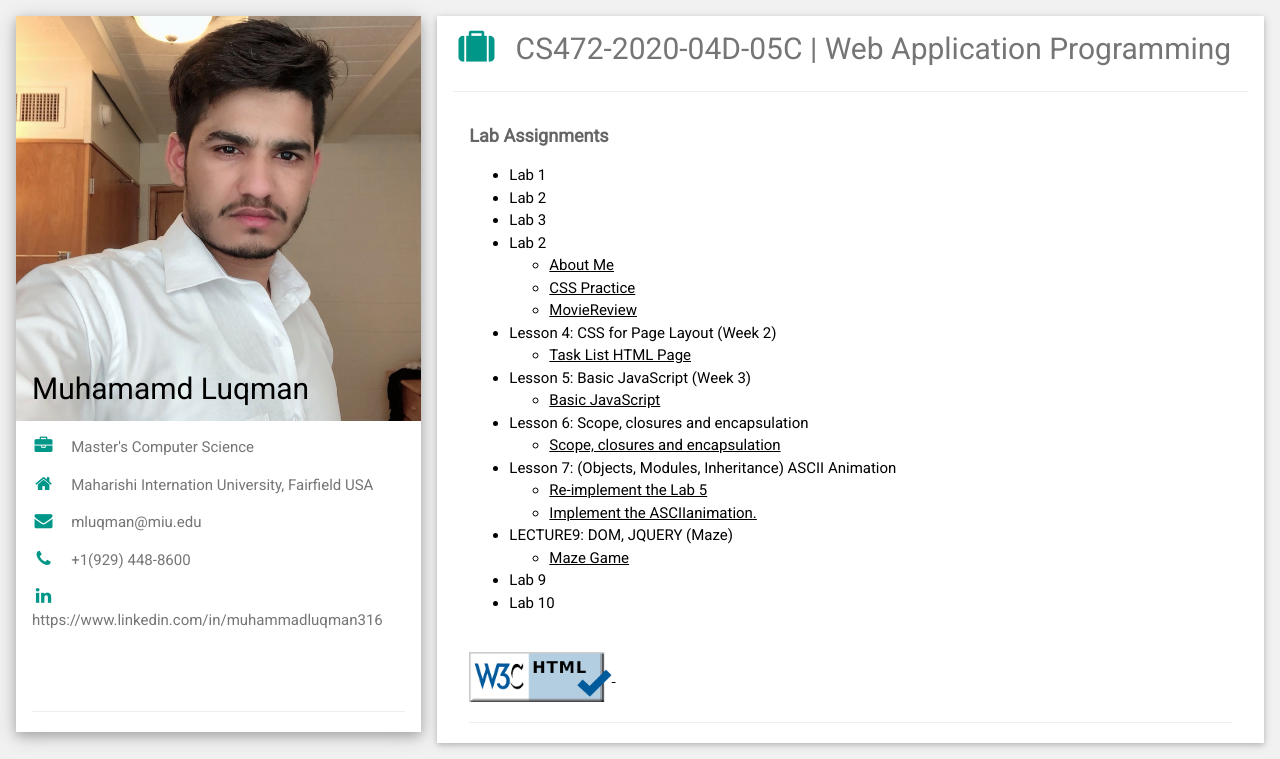
Repository: luqmang316/luqmang316.github.io
Page: index.html
These files come from the project's save history. The page is drawn as it stood at one moment and after the next save; the edit follows.
The browser window is 1280 px wide. The pictures show the whole page.

Above is the page before, as saved 2021-07-04 13:57:53.

### index.html
<!DOCTYPE html>
<html lang="en">
<title>Home</title>
<meta charset="UTF-8">
<meta name="viewport" content="width=device-width, initial-scale=1">
<link rel="stylesheet" href="https://www.w3schools.com/w3css/4/w3.css">
<link rel='stylesheet' href='https://fonts.googleapis.com/css?family=Roboto'>
<link rel="stylesheet" href="https://cdnjs.cloudflare.com/ajax/libs/font-awesome/4.7.0/css/font-awesome.min.css">
<style>
    html,
    body,
    h1,
    h2,
    h3,
    h4,
    h5,
    h6 {
        font-family: "Roboto", sans-serif
    }
</style>

<body class="w3-light-grey">

    <!-- Page Container -->
    <div class="w3-content w3-margin-top" style="max-width:1400px;">

        <!-- The Grid -->
        <div class="w3-row-padding">

            <!-- Left Column -->
            <div class="w3-third">

                <div class="w3-white w3-text-grey w3-card-4">
                    <div class="w3-display-container">
                        <img src="./images/luqman.jpg" style="width:100%" alt="Avatar">
                        <div class="w3-display-bottomleft w3-container w3-text-black">
                            <h2>Muhamamd Luqman</h2>
                        </div>

                    </div>
                    <div class="w3-container">
                        <p><i class="fa fa-briefcase fa-fw w3-margin-right w3-large w3-text-teal"></i>Master's Computer Science</p>
                        <p><i class="fa fa-home fa-fw w3-margin-right w3-large w3-text-teal"></i>Maharishi Internation University, Fairfield USA</p>
                        <p><i class="fa fa-envelope fa-fw w3-margin-right w3-large w3-text-teal"></i>mluqman@miu.edu</p>
                        <p><i class="fa fa-phone fa-fw w3-margin-right w3-large w3-text-teal"></i>+1(929) 448-8600</p>
                        <p><i class="fa fa-linkedin fa-fw w3-margin-right w3-large w3-text-teal"></i>https://www.linkedin.com/in/muhammadluqman316</p>
                        <br>
                        <br>
                        <hr>
                    </div>
                </div>

                <!-- End Left Column -->
            </div>

            <!-- Right Column -->
            <div class="w3-twothird">

                <div class="w3-container w3-card w3-white w3-margin-bottom">
                    <h2 class="w3-text-grey w3-padding-12"><i class="fa fa-suitcase fa-fw w3-margin-right w3-xxlarge w3-text-teal"></i>CS472-2020-04D-05C | Web Application Programming</h2>
                    <hr>

                    <div class="w3-container">
                        <h5 class="w3-opacity"><b>Lab Assignments</b></h5>

                        <ul class="menu">
                            <li> Lab 1 </li>
                            <li> Lab 2 </li>
                            <li> Lab 3 </li>
                            <li> Lab 2

                                <ul class="inside">
                                    <li> <a href="aboutme.html">About Me</a></li>
                                    <li> <a href="CSSPractice/index.html">CSS Practice</a></li>
                                    <li> <a href="MovieReview/tmnt.html">MovieReview </a></li>
                                </ul>

                            </li>
                            <li>Lesson 4: CSS for Page Layout (Week 2)

                                <ul class="inside">
                                    <li> <a href="Tasklist/tasklist.html">Task List HTML Page</a></li>
                                </ul>

                            </li>
                            <li>Lesson 5: Basic JavaScript (Week 3)
                                <ul class="inside">
                                    <li> <a href="BasicJavaScript/BasicJavaScript.html">Basic JavaScript</a></li>
                                </ul>
                            </li>

                            <li>Lesson 6: Scope, closures and encapsulation
                                <ul class="inside">
                                    <li> <a href="ScopeClosuresEncapsulation/ScopeClosuresEncapsulation.html">Scope, closures and encapsulation</a></li>
                                </ul>

                            </li>

                            <li>Lesson 7: (Objects, Modules, Inheritance) ASCII Animation
                                <ul class="inside">
                                    <li> <a href="ReImplementLab5/ReImplementLab5.html">Re-implement the Lab 5</a></li>
                                    <li> <a href="ASCIImation_files/ASCIImation.html">Implement the ASCIIanimation.</a></li>
                                </ul>

                            </li>

                            <li>LECTURE9: DOM, JQUERY (Maze)
                                <ul class="inside">
                                    <li> <a href="MazeGame/Maze.html">Maze Game</a></li>
                                </ul>

                            </li>

                            <li>Lab 9</li>
                            <li>Lab 10</li>
                        </ul>
                        <br>

                        <i class="w3-hover-opacity">
            <a href="https://validator.w3.org/check/referer">
              <img src="./images/w3chtmlvalidlogo.png" alt="W3C HTML Validator" height="50">
            </a>
            </i>
                        <i> &nbsp; &nbsp; &nbsp; &nbsp; &nbsp; &nbsp; &nbsp; &nbsp; &nbsp; &nbsp;   &nbsp; &nbsp; &nbsp; &nbsp; &nbsp; &nbsp; &nbsp; &nbsp; &nbsp; &nbsp; </i>
                        <i class="w3-hover-opacity">
            <!-- <a href="https://jigsaw.w3.org/css-validator/check/referer">
              <img src="./images/w3ccssvalidlogo.png" alt="W3C HTML Validator" height="50">
            </a>
           </i> -->

                        <br>
                        <hr>
                    </div>


                </div>


                <!-- End Right Column -->
            </div>

            <!-- End Grid -->
        </div>

        <!-- End Page Container -->
    </div>





</body>

</html>

After the next save:
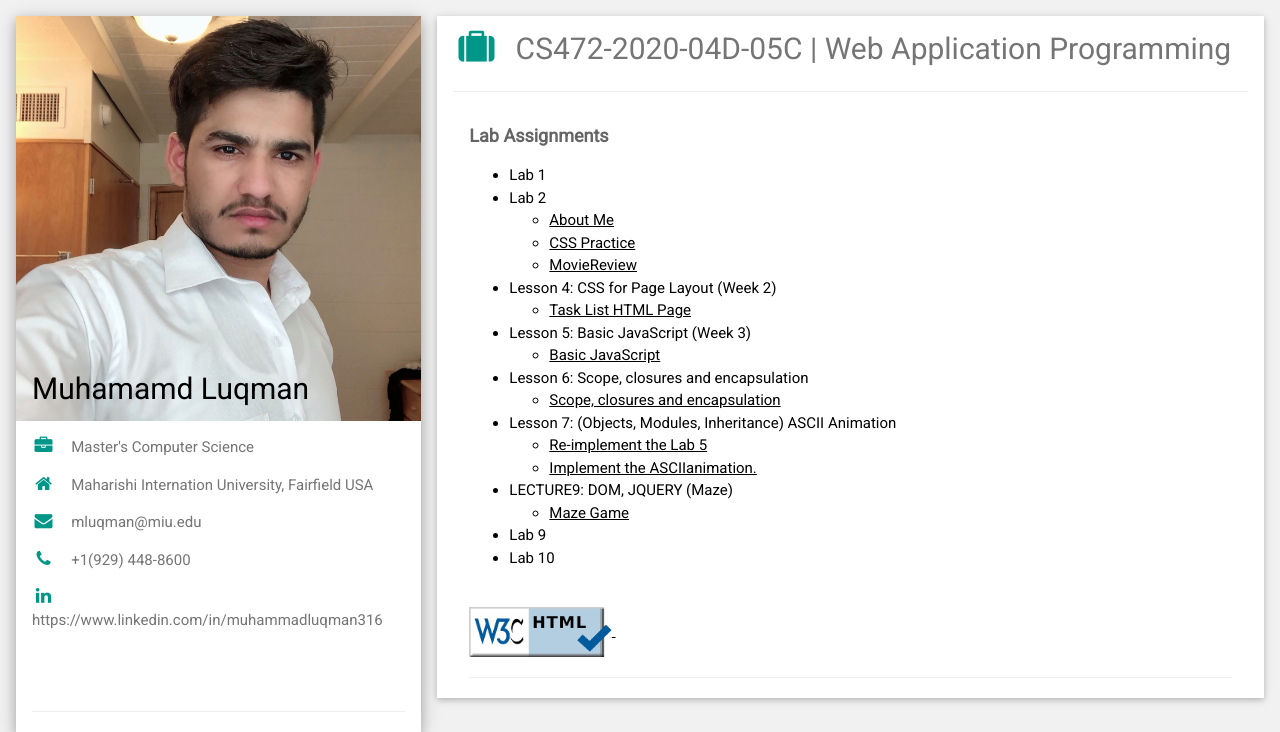
Saved 20 s later.
--- a/index.html
+++ b/index.html
@@ -65,10 +65,7 @@
 
                         <ul class="menu">
                             <li> Lab 1 </li>
-                            <li> Lab 2 </li>
-                            <li> Lab 3 </li>
                             <li> Lab 2
-
                                 <ul class="inside">
                                     <li> <a href="aboutme.html">About Me</a></li>
                                     <li> <a href="CSSPractice/index.html">CSS Practice</a></li>
